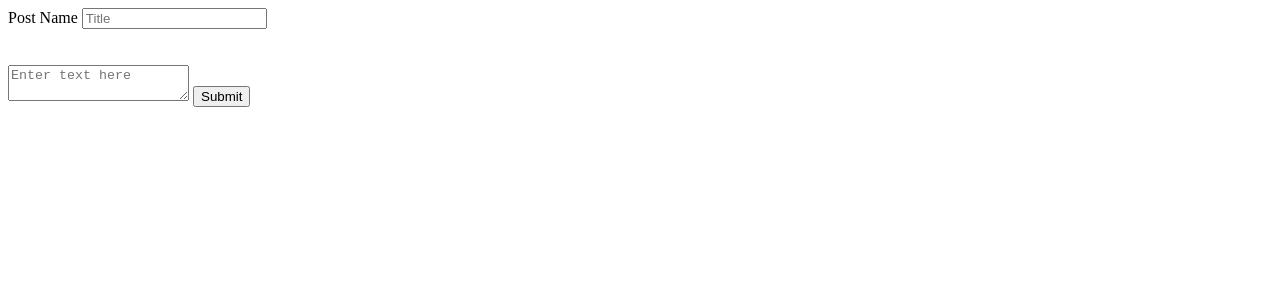
Repository: AnnieFisher/blog
Page: BlogMVC/WebContent/addPost.view.html
An editor plug-in stored every save of this project. The page is shown before and after the next save, followed by the edit.
The browser window is 1280 px wide. The pictures show the whole page.

Above is the page before, as saved 2016-12-17 20:20:58.

After the next save:
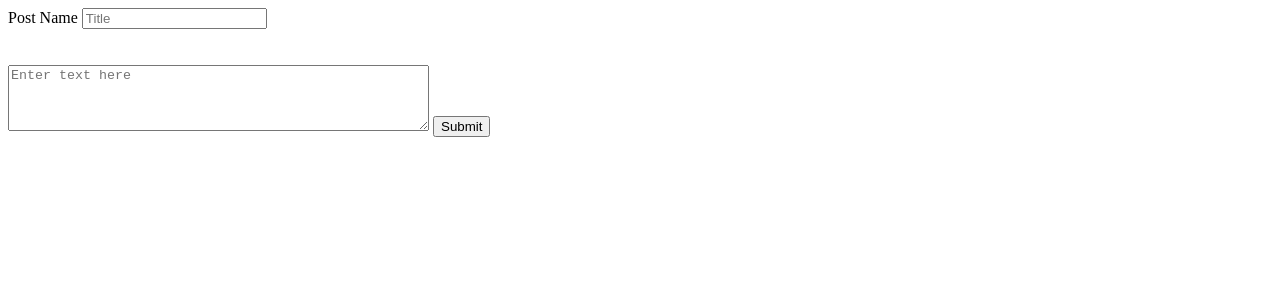
Saved 72 s later.
--- a/BlogMVC/WebContent/addPost.view.html
+++ b/BlogMVC/WebContent/addPost.view.html
@@ -5,7 +5,7 @@
   <input type="text" ng-model="post.postName" name="postName" placeholder = "Title">
   <br><br><br>
   <textarea name="body" ng-model="post.body" placeholder = "Enter text here"
-maxlength="300" wrap="hard"></textarea>
+maxlength="300" wrap="hard" rows="4" cols="50"></textarea>
 
   <button ng-click =createPost(post)>Submit</button>
 
